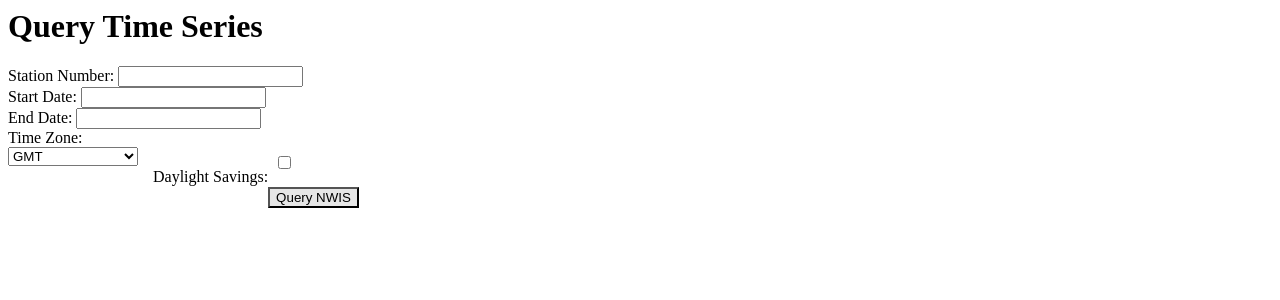
Repository: shape87/FloodAnalysis
Page: FloodAnalysis27/Web/templates/query_nwis.html
An editor plug-in stored every save of this project. The page is shown before and after the next save, followed by the edit.
The browser window is 1280 px wide. The pictures show the whole page.

Above is the page before, as saved 2017-01-24 19:08:17.

### FloodAnalysis27/Web/templates/query_nwis.html
<h1>Query Time Series</h1>
<form id="query_nwis_form" method="post" >
	<div class="form-group">
		  <label for="station_id">Station Number:</label>
		  <input type="text" class="form-control width200" id="station_id" name="station_id" />
	</div>
	<div class="form-group">
		  <label for="start_date">Start Date:</label>
		  <input type="text" class="form-control width200" name="start_date"
		  id="start_date"/>
	</div>
	<div class="form-group">
		  <label for="end_date">End Date:</label>
		  <input type="text" class="form-control width200" name="end_date"
		  id="end_date"/>
	</div>
	<div class="form-group">
		  <label for="tz">Time Zone:</label>
		  <div style="height: 40px">
		  <select style="float:left; width:130px" class="form-control" name="tz" id="tz">
		  	<option>GMT</option>
               <option>US/Aleutian</option>
               <option>US/Central</option>
               <option>US/Eastern</option>
               <option>US/Hawaii</option>
               <option>US/Mountain</option>
               <option>US/Pacific</option>
		  </select>
		  <p style="float:left; margin-left:15px; padding-top: 5px;">Daylight Savings:</p>
		  <input style="float:left; margin-left:10px; margin-top: 9px;" type="checkbox"
		  name="daylight_savings" id="daylight_savings"/>
		  </div>
	</div>

	<div class="form-group">
		<input style="background-color: #e6e6e6" type="submit"
		class="btn btn-default" value="Query NWIS" />
	</div>
</form>

After the next save:
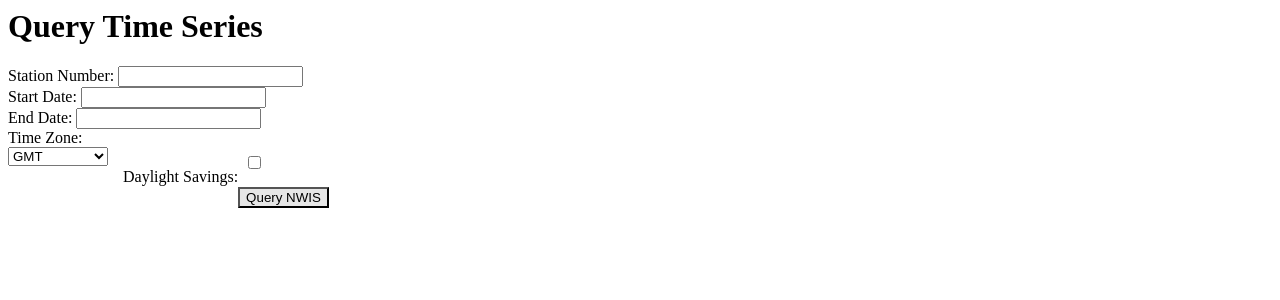
Saved 28 s later.
--- a/FloodAnalysis27/Web/templates/query_nwis.html
+++ b/FloodAnalysis27/Web/templates/query_nwis.html
@@ -17,7 +17,7 @@
 	<div class="form-group">
 		  <label for="tz">Time Zone:</label>
 		  <div style="height: 40px">
-		  <select style="float:left; width:130px" class="form-control" name="tz" id="tz">
+		  <select style="float:left" class="form-control width150" name="tz" id="tz">
 		  	<option>GMT</option>
                <option>US/Aleutian</option>
                <option>US/Central</option>
